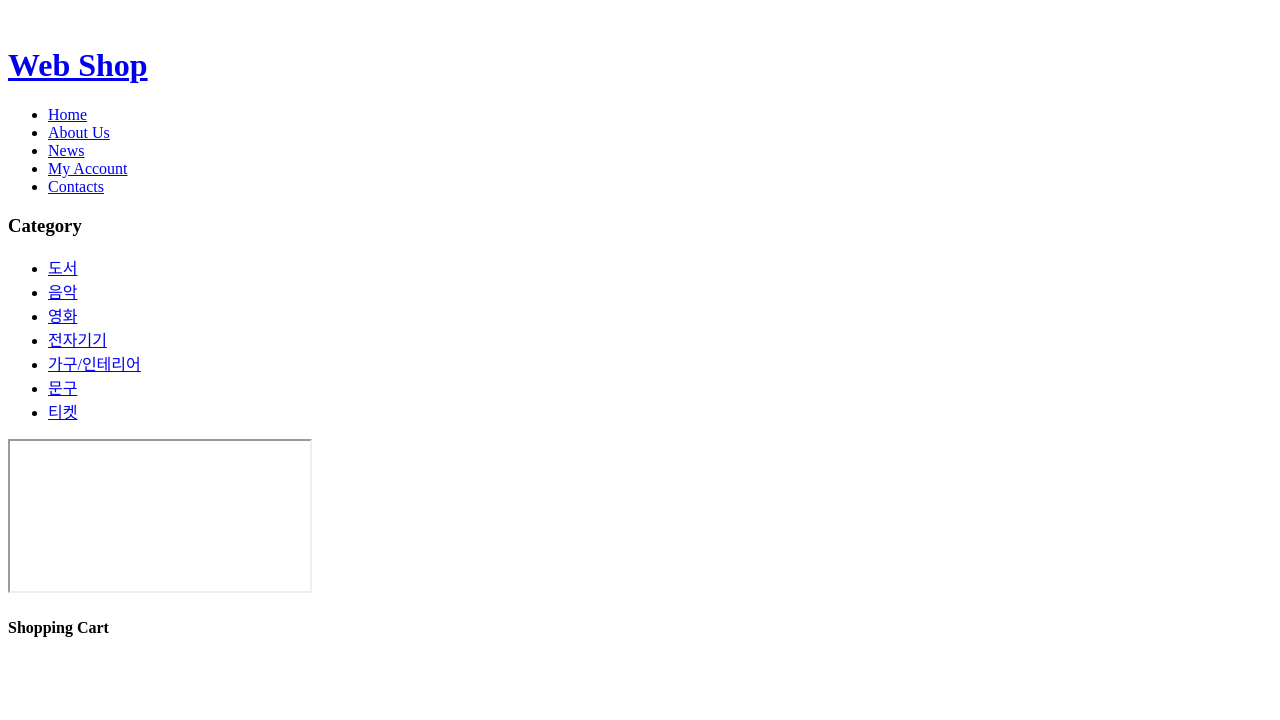
Repository: choidazzi/DDIT
Page: web programming/html/webpro/src/main/webapp/task/main.html
These files come from the project's save history. The page is drawn as it stood at one moment and after the next save; the edit follows.
The browser window is 1280 px wide. The pictures show the whole page.

Above is the page before, as saved 2023-05-01 11:01:30.

### web programming/html/webpro/src/main/webapp/task/main.html
<!DOCTYPE html>
<html>
<head>
<meta charset="UTF-8">
<title>Web Shopping</title>
</head>
<body>
	<div id="container">
		<header>
			<img alt="" src="">
			<h1><a href="main.html">Web Shop</a></h1>
		</header>
		<nav>
			<ul>
				<li><a href="#">Home</a></li>
				<li><a href="#">About Us</a></li>
				<li><a href="#">News</a></li>
				<li><a href="#">My Account</a></li>
				<li><a href="#">Contacts</a></li>
			</ul>
		</nav>
		<div id="content">
			<aside id="left">
				<h3>Category</h3>
				<ul>
					<li><a href="book.html">도서</a></li>
					<li><a href="music.html">음악</a></li>
					<li><a href="movie.html">영화</a></li>
					<li><a href="digital.html">전자기기</a></li>
					<li><a href="furniture.html">가구/인테리어</a></li>
					<li><a href="stationary.html">문구</a></li>
					<li><a href="ticket.html">티켓</a></li>
				</ul>
			</aside>
			<section id="main">
				<article id="article1">
					<iframe src = "music.html" name="ifr"></iframe>
				</article>
			</section>
			<aside id="right">
				<div is="shopcart">
					<h4>Shopping Cart</h4>
				</div>
			</aside>
		</div>
		<footer></footer>
	</div>
</body>
</html>

Loaded but not shown: web programming/html/webpro/src/main/webapp/task/music.html (common file)

After the next save:
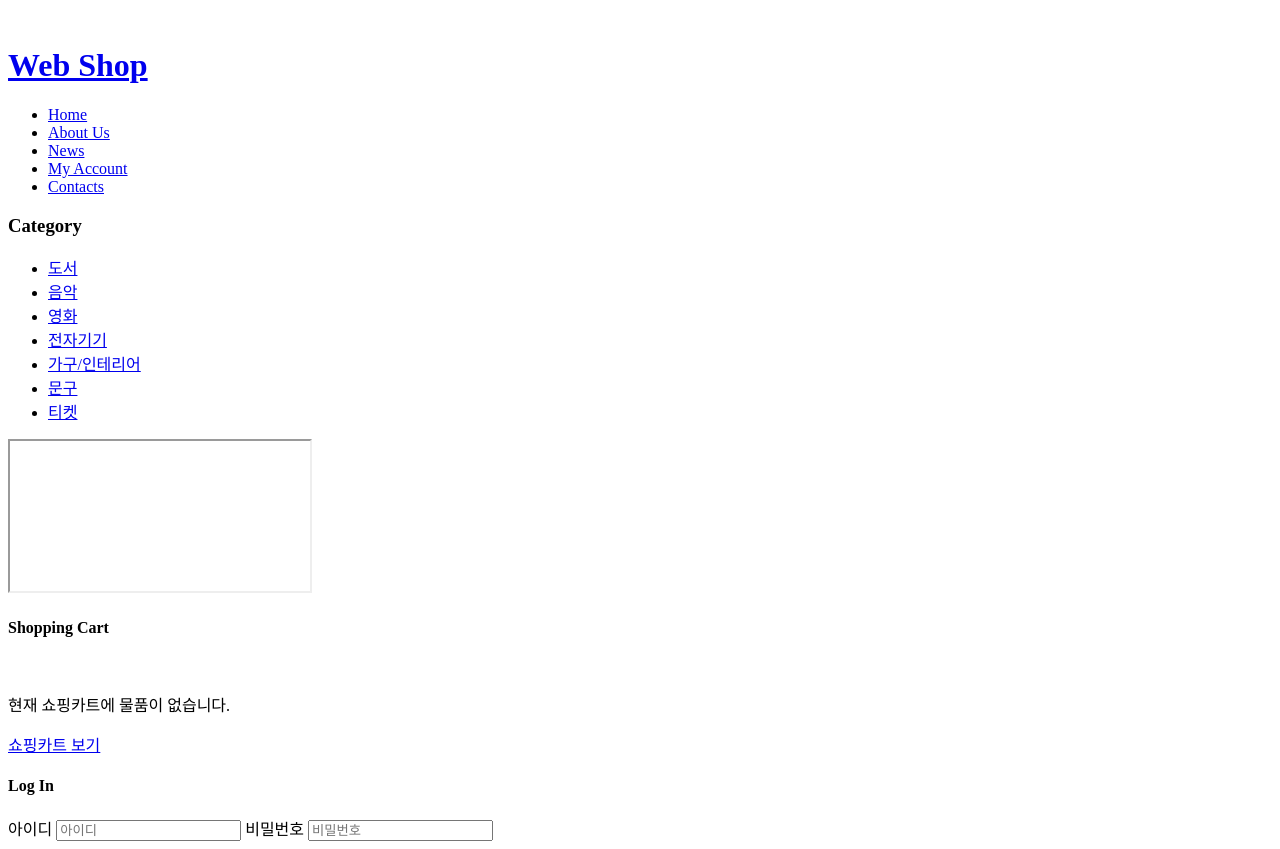
Saved 3 min 39 s later.
--- a/web programming/html/webpro/src/main/webapp/task/main.html
+++ b/web programming/html/webpro/src/main/webapp/task/main.html
@@ -40,6 +40,14 @@
 			<aside id="right">
 				<div is="shopcart">
 					<h4>Shopping Cart</h4>
+					<br>
+					<p>현재 쇼핑카트에 물품이 없습니다.</p>
+					<a href="shopcart.html">쇼핑카트 보기</a>
+				</div>
+				<div>
+					<h4>Log In</h4>
+					<label for="id">아이디</label> <input type="text" id="id" placeholder="아이디">
+					<label for="pass">비밀번호</label> <input type="text" id="pass" placeholder="비밀번호">
 				</div>
 			</aside>
 		</div>
